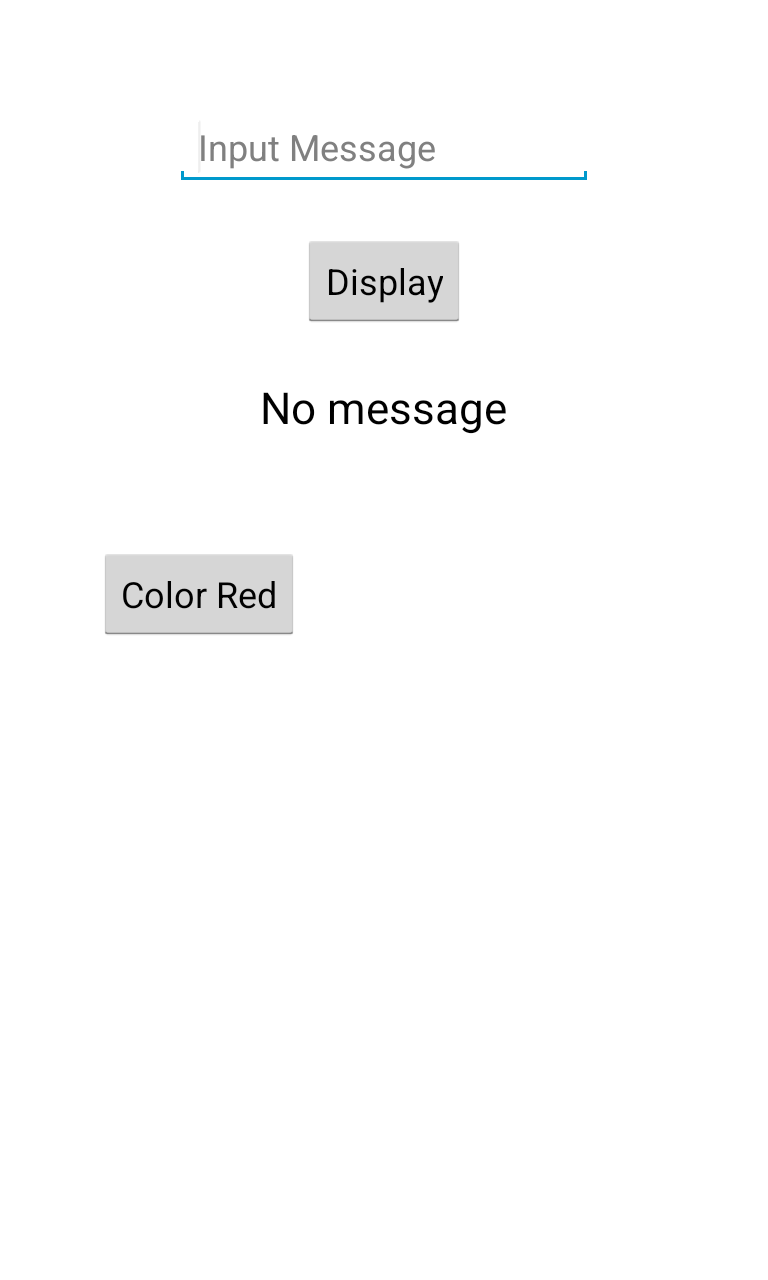
Repository: MadhuHS/JECM3
Layout: ButtonView/res/layout/activity_main.xml
The author's editor kept a copy of each file at every save. The layout is drawn from the files as they stood at one save, then again after the next save.
It is drawn on a 768 x 1280 px phone screen (xhdpi) without system bars, with theme AppTheme; the app's code is not run.

Above is the layout before, as saved 2015-11-09 02:57:01.

After the next save:
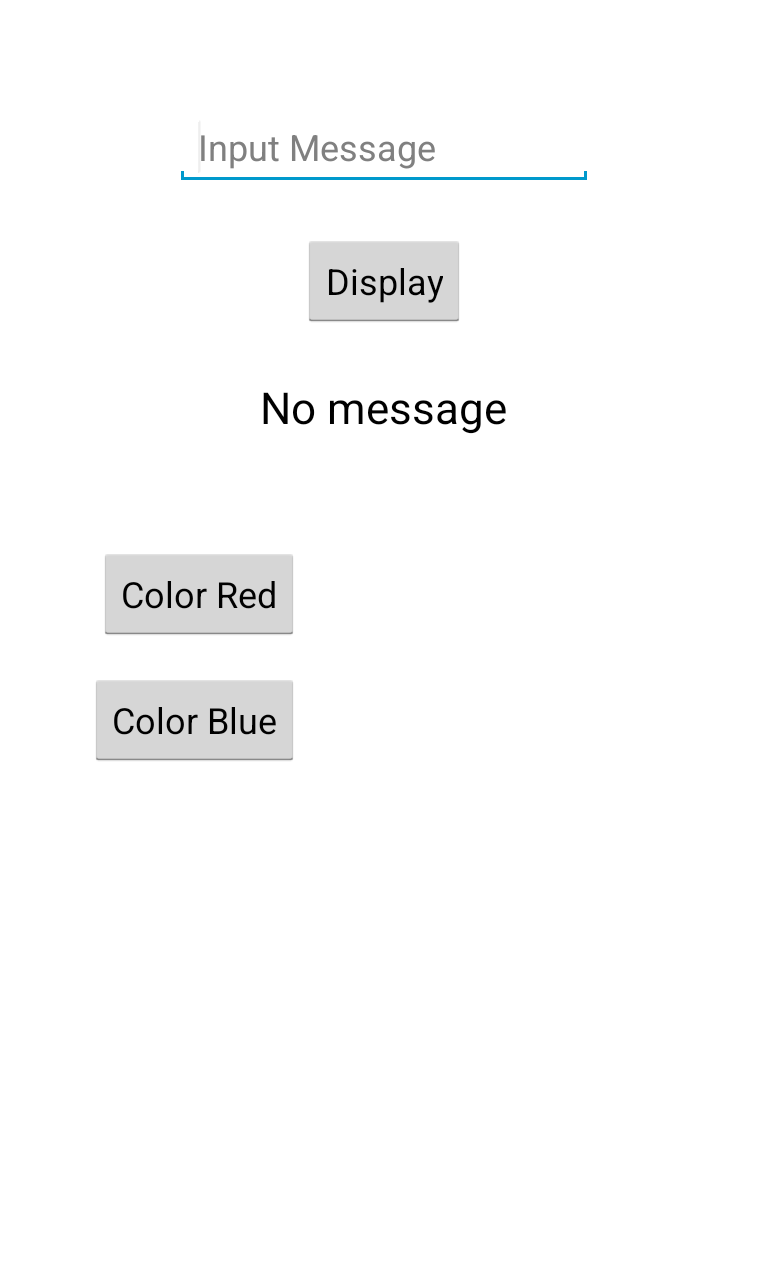
Saved 35 s later.
--- a/ButtonView/res/layout/activity_main.xml
+++ b/ButtonView/res/layout/activity_main.xml
@@ -50,4 +50,13 @@
         android:layout_toLeftOf="@+id/buttondisplay"
         android:text="Color Red" />
 
+    <Button
+        android:id="@+id/buttoncolordisplayblue"
+        android:layout_width="wrap_content"
+        android:layout_height="wrap_content"
+        android:layout_alignRight="@+id/buttoncolordispaly"
+        android:layout_below="@+id/buttoncolordispaly"
+        android:layout_marginTop="15dp"
+        android:text="Color Blue" />
+
 </RelativeLayout>
